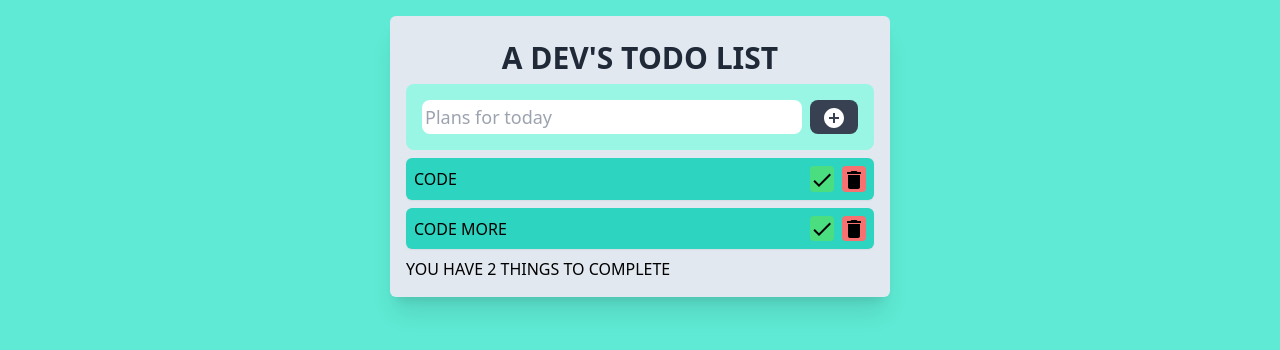
Repository: DevAntonioRogers/React-Todo-CRUD-App
Page: /
An editor plug-in stored every save of this project. The page is shown before and after the next save, followed by the edit.
The browser window is 1280 px wide. The pictures show the whole page.
The project was rebuilt for these pictures with package versions that can differ from the ones it lists, and the page was loaded fresh each time. Also part of the build but not shown: vite.config.ts.

Above is the page before, as saved 2023-05-14 20:04:36.

### src/App.tsx
import Form from "./components/Form";

import { useState } from "react";
import Todo from "./components/Todo";

const App = () => {
  const [todo, setTodo] = useState(["code", "code more"]);

  return (
    <div className="h-screen w-screen p-4 bg-teal-300">
      <div className="bg-slate-200 max-w-[500px] w-full m-auto rounded-md shadow-xl p-4">
        <h1 className="text-3xl font-bold text-center text-gray-800 p-2">A DEV'S TODO LIST</h1>
        <Form />
        <ul>
          {todo.map((todos, index) => (
            <Todo key={index} todos={todos} />
          ))}
        </ul>
        <p>YOU HAVE 2 THINGS TO COMPLETE</p>
      </div>
    </div>
  );
};

export default App;

### src/components/Form.tsx
import AddCircleIcon from "@mui/icons-material/AddCircle";

const Form = () => {
  return (
    <form className="flex justify-between bg-teal-200 p-4 rounded-lg items-center">
      <input className="w-full text-lg rounded-lg p-[3px]" type="text" placeholder="Plans for today" />
      <button className="ml-2 p-1 bg-gray-700 px-3 rounded-lg text-white">
        <AddCircleIcon />
      </button>
    </form>
  );
};

export default Form;

### src/components/Todo.tsx
import CheckIcon from "@mui/icons-material/Check";
import DeleteIcon from "@mui/icons-material/Delete";

interface TodoProps {
  todos: string;
}

const Todo = ({ todos }: TodoProps) => {
  return (
    <li className="p-2 bg-teal-400 my-2 rounded-md uppercase shadow-sm">
      <div className="flex items-center justify-between">
        <p>{todos}</p>
        <div className="flex gap-2">
          <button className="bg-green-400 w-full rounded">
            <CheckIcon />
          </button>
          <button className="bg-red-400 w-full rounded">
            <DeleteIcon />
          </button>
        </div>
      </div>
    </li>
  );
};

export default Todo;

Loaded but not shown: index.html (common file); src/main.tsx (common file); src/index.css (common file); tailwind.config.js (common file)

After the next save:
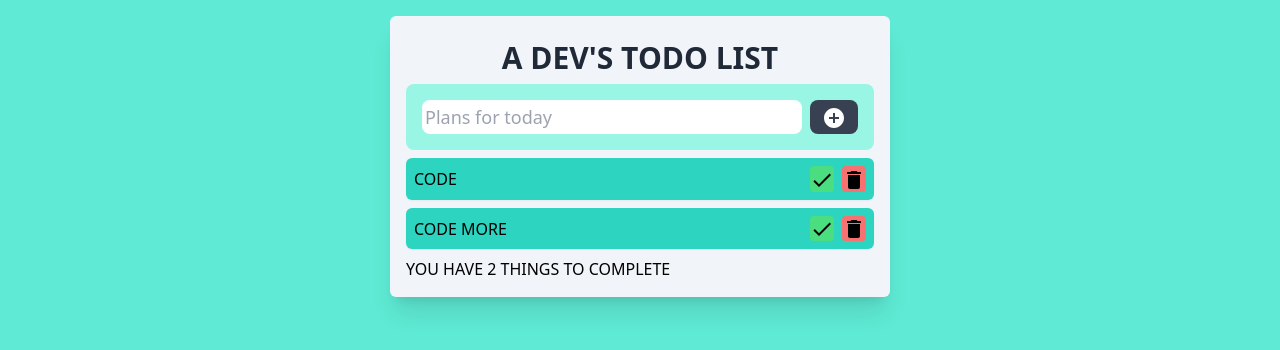
Saved 23 s later.
--- a/src/App.tsx
+++ b/src/App.tsx
@@ -8,7 +8,7 @@ const App = () => {
 
   return (
     <div className="h-screen w-screen p-4 bg-teal-300">
-      <div className="bg-slate-200 max-w-[500px] w-full m-auto rounded-md shadow-xl p-4">
+      <div className="bg-slate-100 max-w-[500px] w-full m-auto rounded-md shadow-xl p-4">
         <h1 className="text-3xl font-bold text-center text-gray-800 p-2">A DEV'S TODO LIST</h1>
         <Form />
         <ul>
